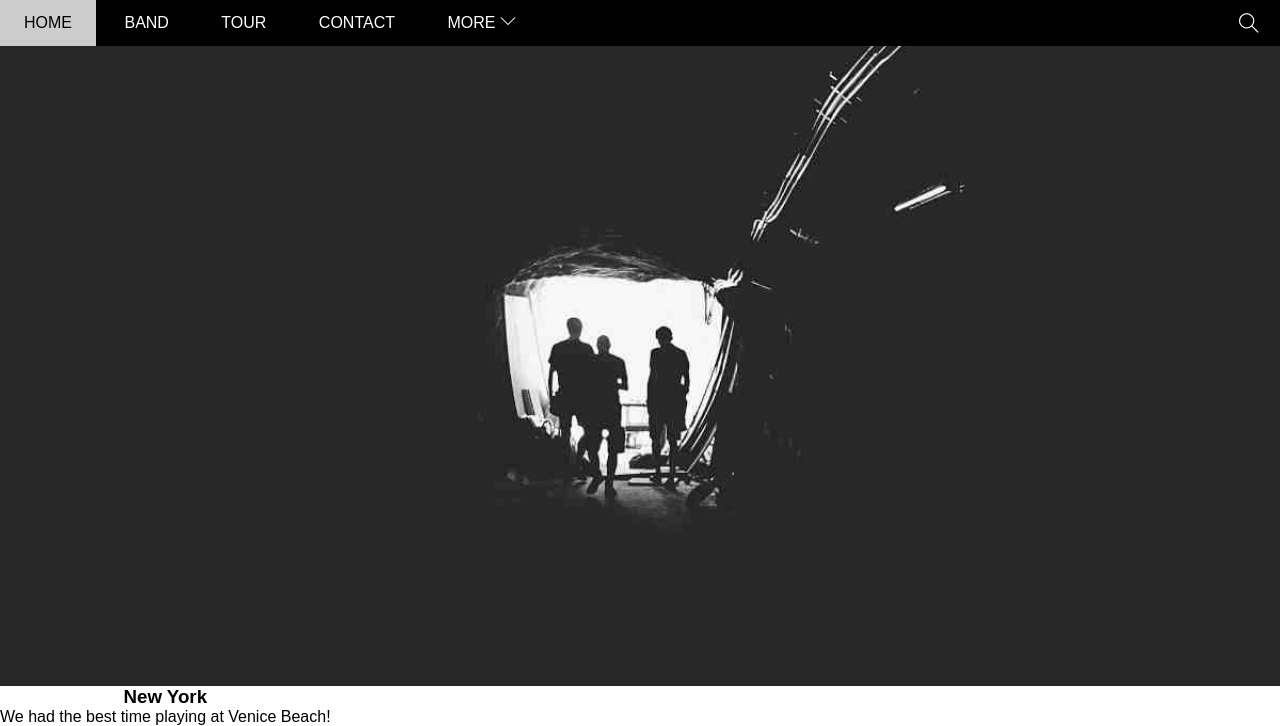
Repository: minhnguyennn/w3_band_music
Page: index.html
An editor plug-in stored every save of this project. The page is shown before and after the next save, followed by the edit.
The browser window is 1280 px wide. The pictures show the whole page.

Above is the page before, as saved 2023-02-18 20:30:57.

After the next save:
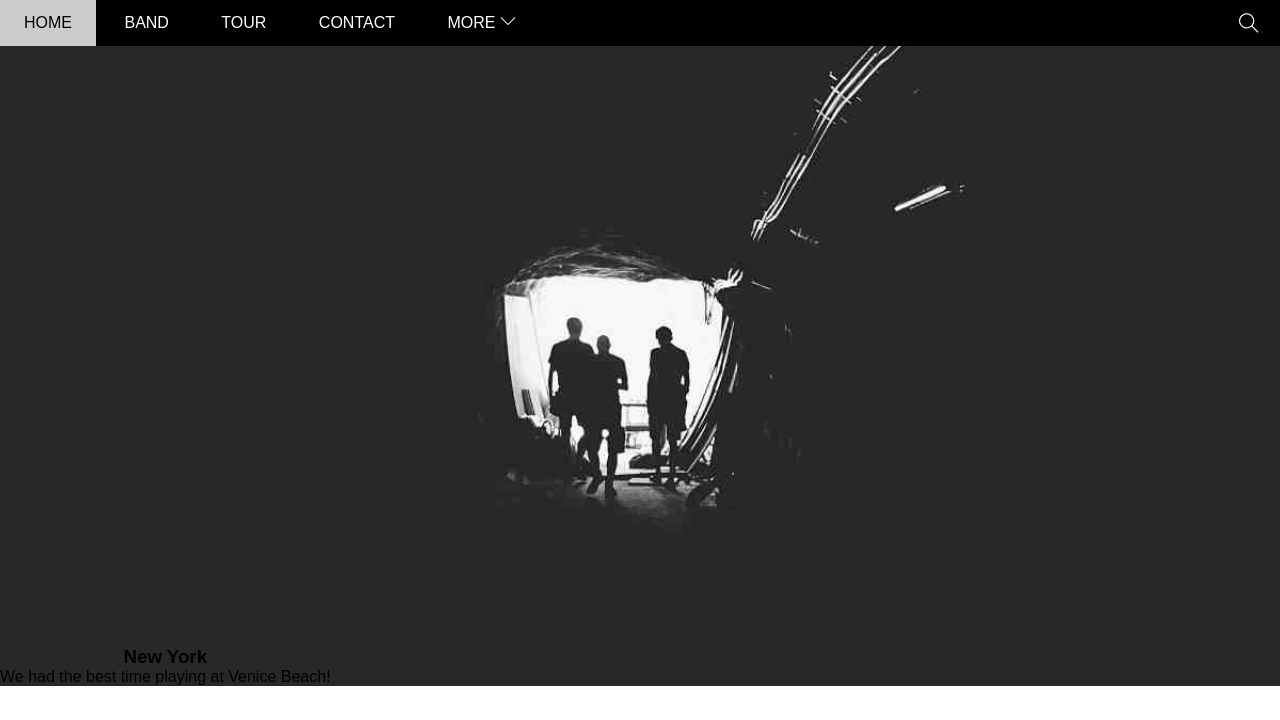
Saved 4 s later.
--- a/assets/css/style.css
+++ b/assets/css/style.css
@@ -109,7 +109,7 @@ html {
 #slider > .text-content {
    position: absolute;
    text-align: center;
-   bottom: ;
+   bottom: 0;
 }
 
 #slider > .text-heading {
